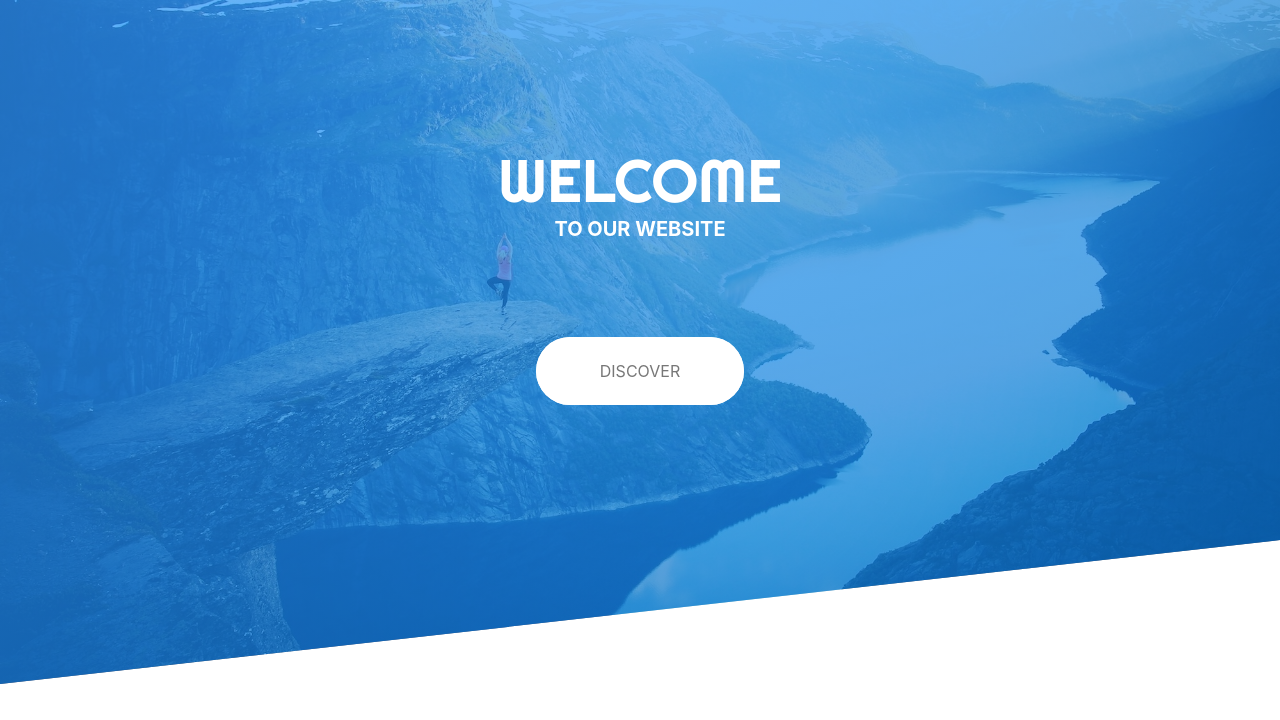
Repository: IbrahimAlkordi/codeChall-Advanced
Page: /
An editor plug-in stored every save of this project. The page is shown before and after the next save, followed by the edit.
The browser window is 1280 px wide. The pictures show the whole page.
The project was rebuilt for these pictures with package versions that can differ from the ones it lists, and the page was loaded fresh each time. Also part of the build but not shown: src/components/ErrorBoundary.js, src/components/UI/atoms/LoadingSpinner/LoadingSpinner.module.css, src/components/UI/atoms/LoadingSpinner/LoadingSpinner.js, src/redux/constants/action-type.js, src/middlewares/url.js, src/redux/actions/loginActions.js, src/components/UI/organisms/Login/Login.js, src/components/pages/LoginPa.js and 8 more.

Above is the page before, as saved 2022-10-09 15:15:52.

### public/index.html
<!DOCTYPE html>
<html lang="en">
  <head>
    <meta charset="utf-8" />
    <link rel="icon" href="%PUBLIC_URL%/favicon.ico" />
    <meta name="viewport" content="width=device-width, initial-scale=1" />
    <meta name="theme-color" content="#000000" />
    <meta
      name="description"
      content="Web site created using create-react-app"
    />
    <link rel="apple-touch-icon" href="%PUBLIC_URL%/logo192.png" />
    <!--
      manifest.json provides metadata used when your web app is installed on a
      user's mobile device or desktop. See https://developers.google.com/web/fundamentals/web-app-manifest/
    -->
    <link rel="manifest" href="%PUBLIC_URL%/manifest.json" />
    <!--
      Notice the use of %PUBLIC_URL% in the tags above.
      It will be replaced with the URL of the `public` folder during the build.
      Only files inside the `public` folder can be referenced from the HTML.

      Unlike "/favicon.ico" or "favicon.ico", "%PUBLIC_URL%/favicon.ico" will
      work correctly both with client-side routing and a non-root public URL.
      Learn how to configure a non-root public URL by running `npm run build`.
    -->
    <link href="https://fonts.googleapis.com/css?family=Lato:100,300,400,700,900" rel="stylesheet">
    <title>React App</title>
  </head>
  <body>
    <noscript>You need to enable JavaScript to run this app.</noscript>
    <div id="root"></div>
    <!--
      This HTML file is a template.
      If you open it directly in the browser, you will see an empty page.

      You can add webfonts, meta tags, or analytics to this file.
      The build step will place the bundled scripts into the <body> tag.

      To begin the development, run `npm start` or `yarn start`.
      To create a production bundle, use `npm run build` or `yarn build`.
    -->
  </body>
</html>

### src/index.css
body {
  margin: 0;
  font-family: -apple-system, BlinkMacSystemFont, 'Segoe UI', 'Roboto', 'Oxygen',
    'Ubuntu', 'Cantarell', 'Fira Sans', 'Droid Sans', 'Helvetica Neue',
    sans-serif,"lato";
  -webkit-font-smoothing: antialiased;
  -moz-osx-font-smoothing: grayscale;
}

code {
  font-family: source-code-pro, Menlo, Monaco, Consolas, 'Courier New',
    monospace;
}

### src/App.js
import { BrowserRouter, Route, Switch } from "react-router-dom";
import ErrorBoundary from '../src/components/ErrorBoundary'
import LoginPa from "./components/pages/LoginPa";
import WelcomePa from "./components/pages/WelcomePa";
import DashboardPa from "./components/pages/DashboardPa";
import 'moment-timezone';

const App = () => {
  return (
    <>
    <ErrorBoundary>
      <BrowserRouter>
        <Switch>
          <Route exact path="/" component={WelcomePa} />
          <Route exact path="/login" component={LoginPa} />
          <Route exact path="/dashboard" component={DashboardPa} />
        </Switch>
      </BrowserRouter>
      </ErrorBoundary>
    </>
  );
};

export default App;

### src/components/pages/WelcomePa.js
import React from 'react'
import Welcome from '../UI/organisms/Welcome/Welcome'

function WelcomePa() {
  return (
    <Welcome></Welcome>
  )
}

export default WelcomePa

### src/components/UI/organisms/Welcome/Welcome.js
import React from "react";
import classes from "./Welcome.module.scss";
import { useTranslation } from "react-i18next";
import { Link } from "react-router-dom";
import Translate from "../../molecules/Translate/Translate";

function Welcome() {
  const [t] = useTranslation();
  return (
    <header className={classes.header}>
      <Translate></Translate>

      <div className={classes.header_title}>

        <h1 className={classes.heading_primary}>
          <span className={classes.heading_primary_main}>{t("welcome")}</span>
          <span className={classes.heading_primary_sub}>
            {t("to our website")}
          </span>
        </h1>

        <Link
          to="/Login"
          className={`${classes.btn}  ${classes.btn_white} ${classes.btn_animated} `}
        >
          {t("discover")}
        </Link>

      </div>

    </header>
  );
}

export default Welcome;

### src/components/UI/organisms/Login/Login.module.scss
@import url("https://fonts.googleapis.com/css2?family=Righteous&display=swap");
$color-tertiary-light: #2998ff;
$color-tertiary-dark: #0074d3;

* {
  margin: 0;
  padding: 0;
  box-sizing: border-box;
}
.translate {
  display: block;
  list-style: none;

  &_btn {
    width: 40px;
    height: 30px;
    margin: 10px;
    background: #001324dc;
    color: #fff;
    border: none;
    border-radius: 5px;
    font-size: 20px;
    font-weight: bold;
    cursor: pointer;
  }

}

.container {
  background: #ffffff;
  height: 100vh;
  display: flex;
  align-items: center;
  justify-content: center;

  &_login {
    width: 500px;
    min-height: 450px;
    border-radius: 3px;
    box-shadow: 3px 3px 5px #001324dc;

    background-image: linear-gradient(
        to right bottom,
        rgba($color-tertiary-light, 0.5),
        rgba($color-tertiary-dark, 0.5)
      ),
      url(../../../../assets/images/hero.jpg);
    background-size: auto;
    background-position: bottom;
  }
  &_trans {
    width: 40px;
    height: 30px;
  }

  &_form {
    padding: 20px 50px;

    &_h2 {
      text-align: center;
      font-family: "Righteous", cursive;
      font-size: 45px;
      font-weight: 500;
      margin: 25px;
      color: #fff;
    }
    &_textField {
      width: 100%;
      margin: 12px 10px;

    }
    &_textField input {
      font-size: 20px;
      margin: 12px 10px;

      font-weight: bold;
    }
    &_textField svg {
      font-size: 25px;
    }
    &_error_msg {
      color: #ff0000e0;
      font-size: 17px;
      font-weight: 700;
      margin: 0px;
      padding: 0px;
      text-align: center;
    }
    &_button {
      background: #001324dc;
      width: 100%;
      line-height: 35px;
      margin: 20px 9px;
      color: white;
      font-size: 20px;
      font-weight: bold;
      padding: 5px;
      border: none;
      border-radius: 5px;
      cursor: pointer;
    }
    &_disabledbtn {
      cursor: not-allowed;
      background: rgba(gray, 0.8);
      width: 100%;
      line-height: 35px;
      margin: 20px 9px;
      color: white;
      font-size: 20px;
      font-weight: bold;
      padding: 5px;
      border: none;
      border-radius: 5px;
    }
    &_loadingSpin {
      margin-left: 150px;
    }
    &_alert {
      margin-left: 60px;
      color: red;
      font-weight: bold;
      font-size: 17px;
    }
    &_h3 {
      text-align: center;
      margin-top: 15px;
      &_signup {
        color: #ffffffde;
        cursor: pointer;
        margin-left: 5px;
      }
    }
  }
}

### src/components/UI/molecules/Translate/Translate.js
import React from 'react';
import classes from './Translate.module.scss';
import { useTranslation } from "react-i18next";


function Translate() {
    const [t, i18n] = useTranslation();
  return (
    <ul className={classes.translate}>
    <li>
      {i18n.language === "en" && (
        <button
        className={classes.translate_btn}
          onClick={() => {
            i18n.changeLanguage("ar");
          }}
        >
          ar
        </button>
      )}
      {i18n.language === "ar" && (
        <button
        className={classes.translate_btn}
          onClick={() => {
            i18n.changeLanguage("en");
          }}
        >
          en
        </button>
      )}
    </li>
  </ul>
  )
}

export default Translate

### src/components/UI/organisms/Welcome/Welcome.module.scss
@import url("https://fonts.googleapis.com/css2?family=Righteous&display=swap");

//COLORS
$color-gray-dark :#777;
$color-white : #fff;
$color-black : #000;
$color-gray-light-1 :#f7f7f7;
$color-tertiary-light : #2998ff;
$color-tertiary-dark : #0074d3;

@mixin clearfix {
    &::after {
      content: "";
      clear: both;
      display: table;
    }
  }

.header {
  height: 95vh;
  background-image: linear-gradient(
      to right bottom,
      rgba($color-tertiary-light, 0.7),
      rgba($color-tertiary-dark, 0.7)
    ),
    url(../../../../assets/images/hero.jpg);
  background-size: cover;
  background-position: top;
  clip-path: polygon(
    0 0,
    100% 0,
    100% 75vh,
    0 100%
  );
   position: relative;

  &_title {
    position: absolute;
    top: 40%;
    left: 50%;
    transform: translate(-50%, -50%);
    text-align: center;
  }

}

.heading_primary {
  color: $color-white;
  text-transform: uppercase;
  backface-visibility: hidden;
  margin-bottom: 6rem;

  &_main {
    display: block;
    font-family: "Righteous", cursive;

    font-size: 60px;
    font-weight: 400;
    animation-name: moveInLeft;
    animation-duration: 1s;
    animation-timing-function: ease-out;
  }

  &_sub {
    display: block;
    font-size: 20px;
    font-weight: 700;
    animation-name: moveInRight;
    animation-duration: 1s;
    animation-timing-function: ease-out;
  }
}

.btn {
  &:link,
  &:visited {
    text-transform: uppercase;
    text-decoration: none;
    padding: 1.5rem 4rem;
    display: inline-block;
    border-radius: 10rem;
    transition: all 0.2s;
    position: relative;
    font-size: 16px;
  }

  &:hover {
    transform: translateY(-0.3rem);
    box-shadow: 0 1rem 2rem rgba($color-black, 0.5); /*x y blur */
    &::after {
      transform: scaleX(1.4) scaleY(1.6);
      opacity: 0;
    }
  }

  &:active {
    transform: translateY(-0.1rem);
    box-shadow: 0 0.5rem 1rem rgba($color-black, 0.5); /*x y blur */
  }

  &_white {
    background-color: $color-white;
    color: $color-gray-dark;
    &::after {
      background-color: $color-white;
    }
  }

  &::after {
    content: "";
    display: inline-block;
    height: 100%;
    width: 100%;
    border-radius: 10rem;
    position: absolute;
    top: 0;
    left: 0;
    z-index: -1;
    transition: all 0.4s;
  }

  &_animated {
    animation: moveInBottom   0.5s ease-out 0.75s;
    animation-fill-mode: backwards;
  }
}

@keyframes moveInLeft {
    0% {
      opacity: 0; /*starts hidden*/
      transform: translateX(-10rem); /* x left to right */
    }

    80% {
      transform: translateX(1rem); /*it will go to the right side*/
    }

    100% {
      opacity: 1;
      transform: translate(0);
    }
  }

  @keyframes moveInRight {
    0% {
      opacity: 0; /*starts hidden*/
      transform: translateX(10rem); /* x left to right */
    }

    80% {
      transform: translateX(-1rem);
    }

    100% {
      opacity: 1;
      transform: translate(0);
    }
  }

  @keyframes moveInBottom {
    0% {
      opacity: 0; /*starts hidden*/
      transform: translateY(3rem); /* x left to right */
    }

    100% {
      opacity: 1;
      transform: translate(0);
    }
  }

### src/components/UI/molecules/Translate/Translate.module.scss
.translate {
    display: block;
    list-style: none;

    &_btn {
      width: 40px;
      height: 40px;
      margin: 10px;
      background: #001324dc;
      color: #fff;
      border: none;
      border-radius: 5px;
      font-size: 20px;
      font-weight: bold;
      cursor: pointer;
    }

  }

Loaded but not shown: src/index.js (common file); src/reportWebVitals.js (common file)

After the next save:
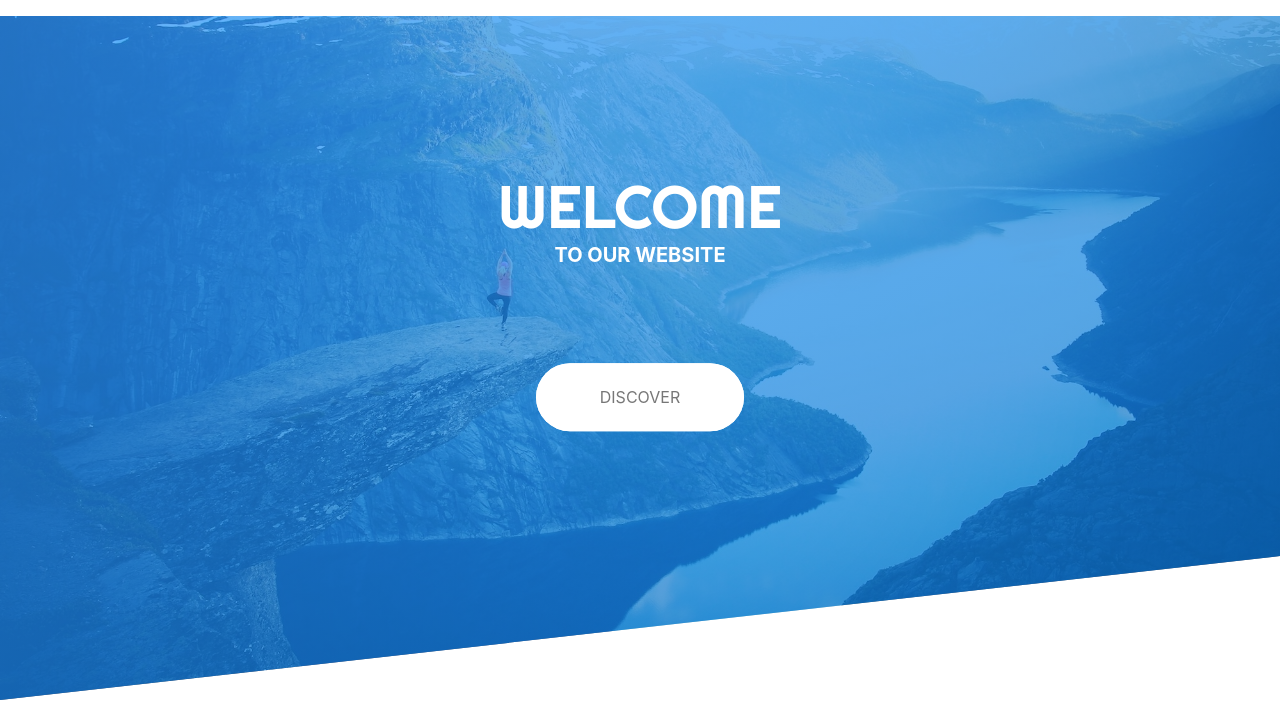
Saved 3 min 3 s later.
--- a/src/components/UI/organisms/Login/Login.module.scss
+++ b/src/components/UI/organisms/Login/Login.module.scss
@@ -3,28 +3,11 @@ $color-tertiary-light: #2998ff;
 $color-tertiary-dark: #0074d3;
 
 * {
-  margin: 0;
-  padding: 0;
+  // margin: 0;
+  // padding: 0;
   box-sizing: border-box;
 }
-.translate {
-  display: block;
-  list-style: none;
 
-  &_btn {
-    width: 40px;
-    height: 30px;
-    margin: 10px;
-    background: #001324dc;
-    color: #fff;
-    border: none;
-    border-radius: 5px;
-    font-size: 20px;
-    font-weight: bold;
-    cursor: pointer;
-  }
-
-}
 
 .container {
   background: #ffffff;
